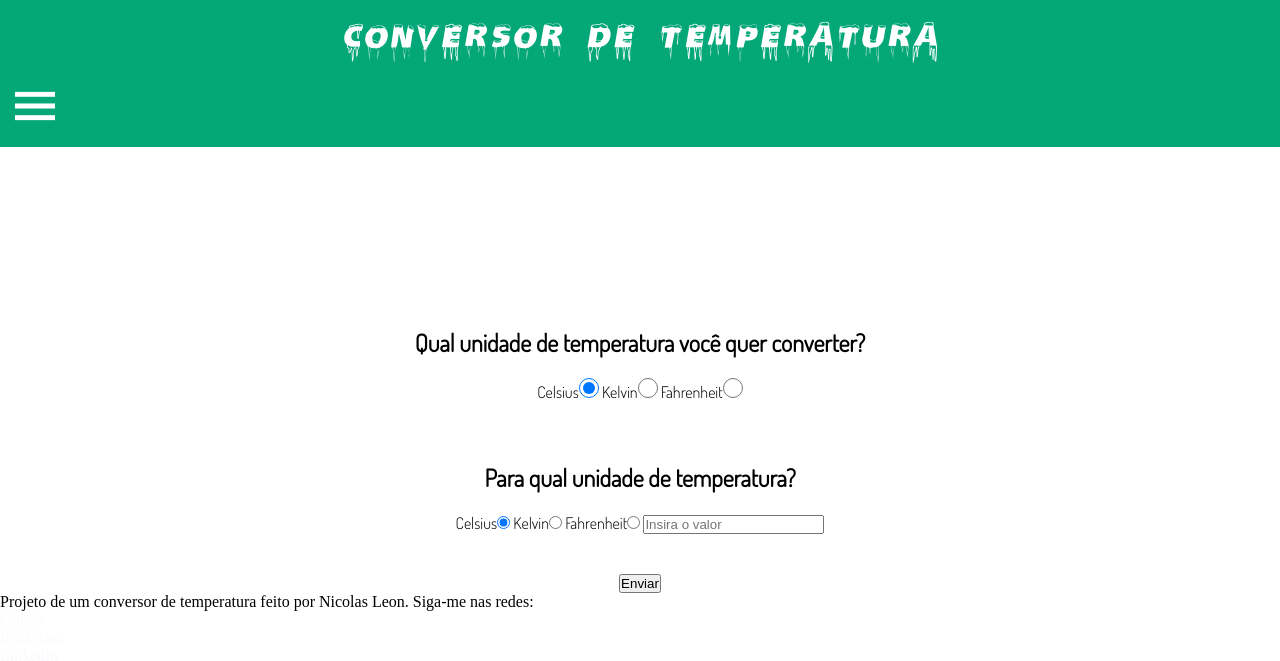
Repository: Leonngc/Conversor-de-temperatura
Page: index.html
An editor plug-in stored every save of this project. The page is shown before and after the next save, followed by the edit.
The browser window is 1280 px wide. The pictures show the whole page.
Some web libraries are served in a nearby version.

Above is the page before, as saved 2023-02-10 23:26:17.

### index.html
<!DOCTYPE html>
<html lang="pt-br">
<head>
    <meta charset="UTF-8">
    <meta http-equiv="X-UA-Compatible" content="IE=edge">
    <meta name="viewport" content="width=device-width, initial-scale=1.0">
    <link rel='stylesheet' href='https://cdn-uicons.flaticon.com/uicons-bold-straight/css/uicons-bold-straight.css'>
    <link rel="stylesheet" href="style.css">
    <title>Conversor de temperatura</title>
</head>
<body>
    <header>
        <h1>Conversor de Temperatura</h1>
        <button id="menu-button"><i class="fi fi-bs-menu-burger"></i></button>

        <menu>
            <ul id="links-menu">
                <li><a href="">Sobre a página</a></li>
                <li><a href="">História</a></li>
                <li><a href="">Outros Projetos</a></li>
            </ul>
        </menu>
    </header>

    <main>
       <form>
        <h2>Qual unidade de temperatura você quer converter?</h2>
        <label for="celsius">Celsius</label><input type="radio" name="unidade" id="celsius" class="unidades" checked>
        <label for="kelvin">Kelvin</label><input type="radio" name="unidade" class="unidades" id="kelvin">
        <label for="fahrenheit">Fahrenheit</label><input type="radio" name="unidade" class="unidades" id="fahrenheit">
        <br>
       </form>
       <form>
        <h2>Para qual unidade de temperatura?</h2>
        <label for="cel-res">Celsius</label><input type="radio" name="unidade" id="celsius" checked>
        <label for="kelvin">Kelvin</label><input type="radio" name="unidade" id="kel-res">
        <label for="fahrenheit">Fahrenheit</label><input type="radio" name="unidade" id="fah-res">
        <input type="number" name="graus" id="graus" placeholder="Insira o valor">
       </form>
       <button id="submit">Enviar</button>
    </main>

    <footer>
        <p>Projeto de um conversor de temperatura feito por Nicolas Leon. Siga-me nas redes: </p>
        <ul>
            <li><a href="">Github</a></li>
            <li><a href="">Instagram</a></li>
            <li><a href="">Linkedin</a></li>
        </ul>
    </footer>
</body>
</html>

### style.css
@charset "UTF-8";
@import url('https://fonts.googleapis.com/css2?family= Dosis:wght@300 & display = swap');
@font-face {
    font-family: Title;
    src: url(fonts/IceCaps.ttf);
}

:root{
    --yellow: #F7FF58;
    --snow: #FBFBFF;
    --blackout: #040F16;
    --dosis: 'Dosis', sans-serif;
}

*{
    margin: 0;
    padding: 0;
    box-sizing: border-box;
}

header{
    background-color: #04A777;
    margin-bottom: 160px;
    max-width: 100vw;
    color: white;
}

header > h1{
    font-family: Title, sans-serif;
    font-weight: lighter;
    text-align: center;
    font-size: 45px;
    padding: 22px;
}

menu{
    background-color: #05C78D;
    padding: 20px;
    max-width: 100vw;
    display: none;
}

menu > ul{
    margin-left: 20px;
    font-size: 20px;
    font-family: var(--dosis);
    font-weight: bold;
    color: white;
}

menu > ul > li{
    padding: 5px;
}

li > a{
    text-decoration: none;
    color: #FBFBFF;
}

li > a:hover{
    color: #03583e;
    text-decoration: underline;
}

#menu-button{
    background-color: #03583e00;
    border: none;
    color: white;
    font-size: 40px;
    margin-left: 15px;
    margin-bottom: 12px;
}

main{
    text-align: center;
}

form{
    margin: 40px;
    font-family: var(--dosis);

}

form > h2{
    padding: 20px;
}

.unidades{
    height: 20px;
    width: 20px;
}

After the next save:
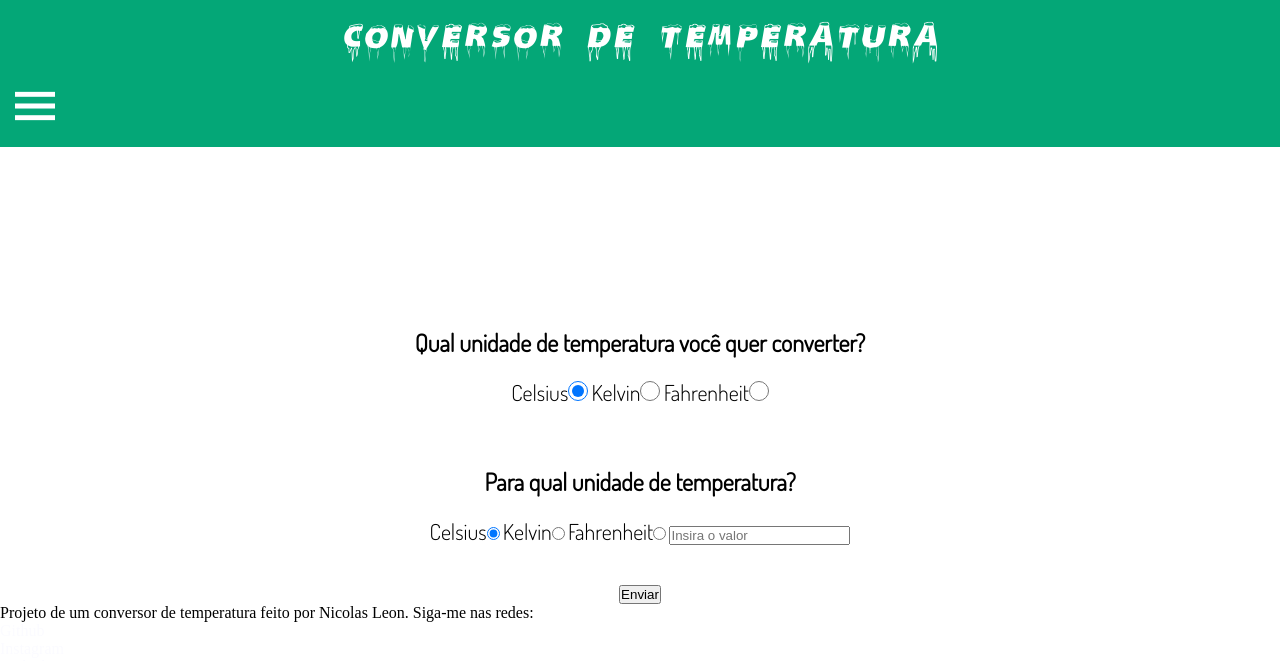
Saved 21 s later.
--- a/style.css
+++ b/style.css
@@ -89,3 +89,7 @@ form > h2{
     height: 20px;
     width: 20px;
 }
+
+label{
+    font-size: 22px;
+}
